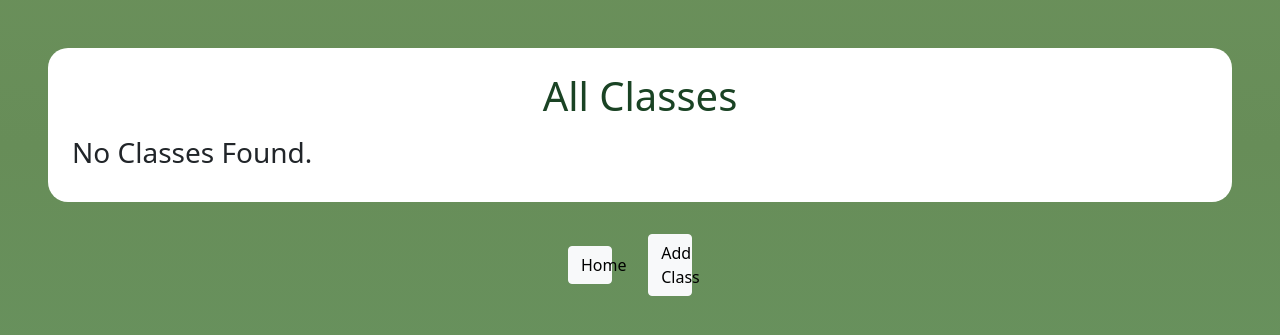
Repository: ronetteguevara/CalTech-ZumbaApp
Page: http://localhost/ZumbaApp/ViewClasses.jsp
An editor plug-in stored every save of this project. The page is shown before and after the next save, followed by the edit.
The browser window is 1280 px wide. The pictures show the whole page.
The page is served by Tomcat 10. Queries for data that is not in the repository find no rows.

Above is the page before, as saved 2024-05-03 02:25:13.

After the next save:
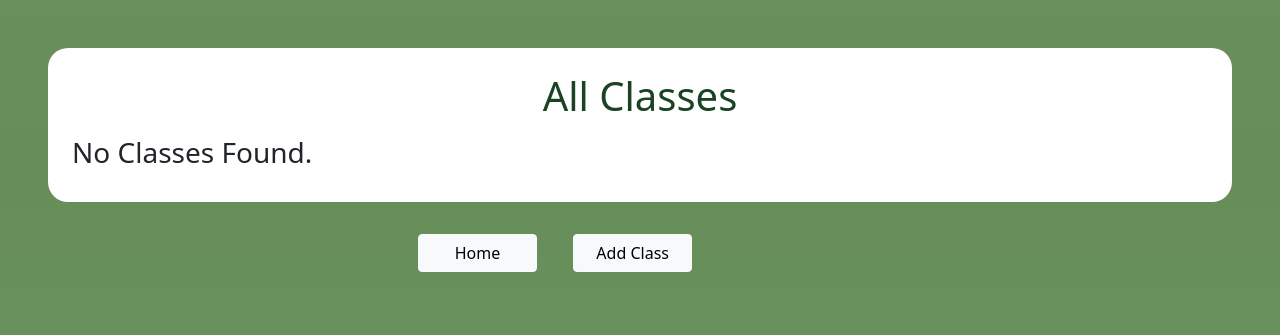
Saved 7 s later.
--- a/ZumbaApp/ZumbaApp/src/main/webapp/style.css
+++ b/ZumbaApp/ZumbaApp/src/main/webapp/style.css
@@ -26,7 +26,7 @@ h1 {
 }
 
 .center {
-  max-width: 200px;
+  max-width: 500px;
   margin-left: auto;
   margin-right: auto;
 }
